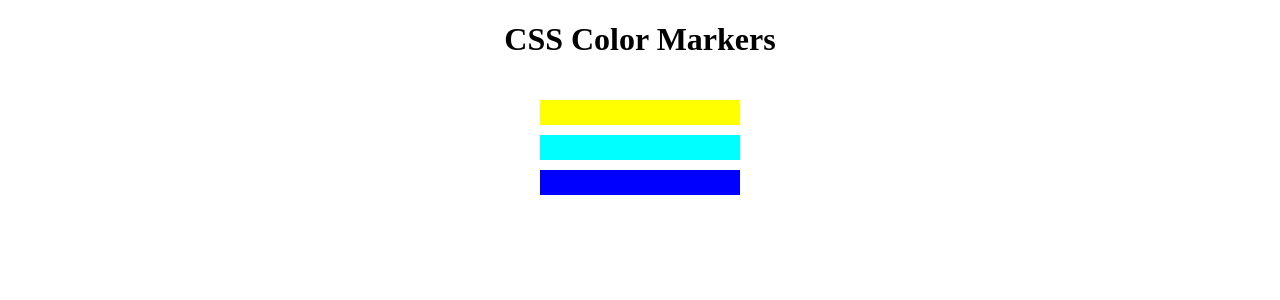
Repository: AimenDje/ColoredMarkers
Page: index.html
These files come from the project's save history. The page is drawn as it stood at one moment and after the next save; the edit follows.
The browser window is 1280 px wide. The pictures show the whole page.

Above is the page before, as saved 2025-05-08 16:02:12.

### index.html
<!DOCTYPE html>
<html lang="en">
    <head>
        <meta charset="utf-8">
        <meta name="viewport" content="width=device-width, initial-scale=1.0">
        <link rel="stylesheet" href="styles.css">
        <title>Colored Markers</title>
    </head>
    <body>
        <h1>CSS Color Markers</h1>
        <div class="container">
            <div class="marker one">
            </div>
            <div class="marker two">
            </div>
            <div class="marker three">
            </div>
        </div>
      </body>
</html>

### styles.css
h1 {
    text-align:center;
}

.marker {
    width: 200px;
    height: 25px;
    margin: 10px auto;
  }

.one {
    background-color: rgb(255,255,0);
}

.two {
    background-color: rgb(0, 255, 255);
}

.three {
    background-color: rgb(0,0,255);
}

.container {
    background-color: rgb(255, 255, 255);
    padding: 10px 0;
}

After the next save:
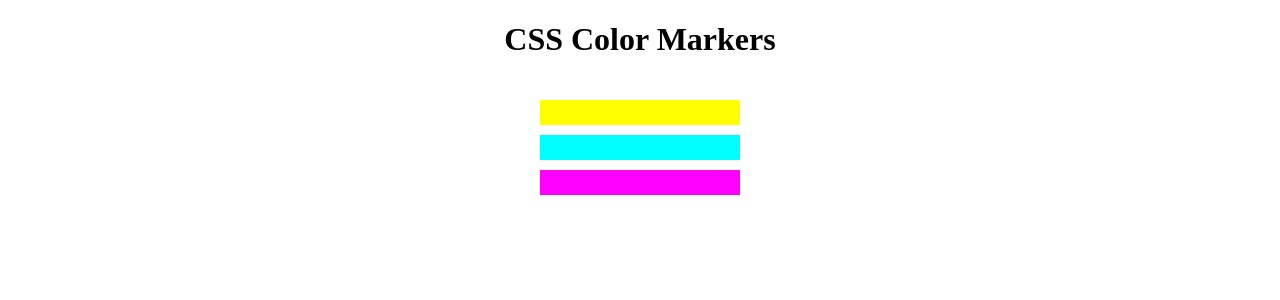
Saved 53 s later.
--- a/styles.css
+++ b/styles.css
@@ -17,7 +17,7 @@
 }
 
 .three {
-    background-color: rgb(0,0,255);
+    background-color: rgb(255, 0, 255);
 }
 
 .container {
